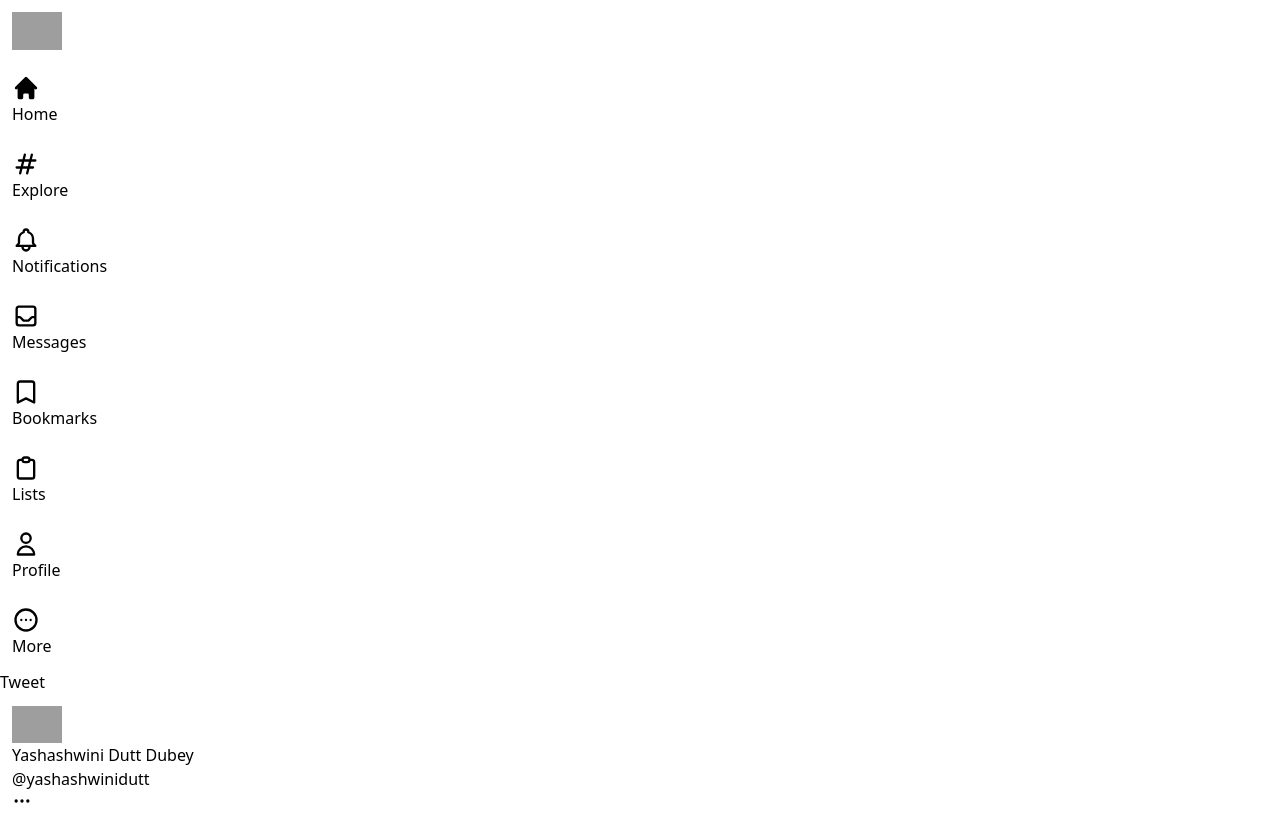
Repository: Yashashwinidutt/twitter
Page: /
An editor plug-in stored every save of this project. The page is shown before and after the next save, followed by the edit.
The browser window is 1280 px wide. The pictures show the whole page.
Pictures or frames that could not be fetched are drawn as grey boxes. The project was rebuilt for these pictures with package versions that can differ from the ones it lists, and the page was loaded fresh each time. The framework's server and built-in components were replaced by stand-ins that run in the browser. Also part of the build but not shown: next.config.js.

Above is the page before, as saved 2023-02-27 12:54:04.

After the next save:
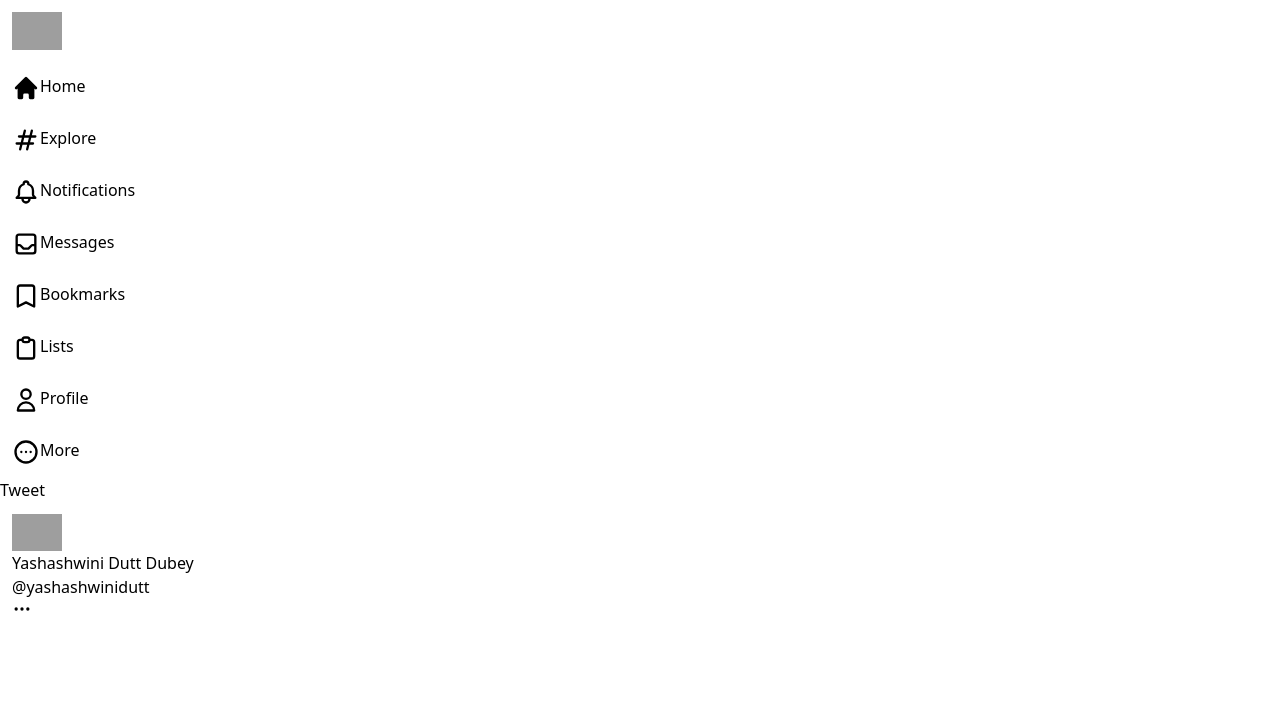
Saved 55 s later.
--- a/components/SidebarMenuItem.js
+++ b/components/SidebarMenuItem.js
@@ -1,7 +1,7 @@
 
 export default function SidebarMenuItem({text, Icon}) {
   return (
-    <div className="hoverEffect">
+    <div className="hoverEffect flex">
         <Icon className="h-7"/>
         <span>{text}</span>
     </div>
